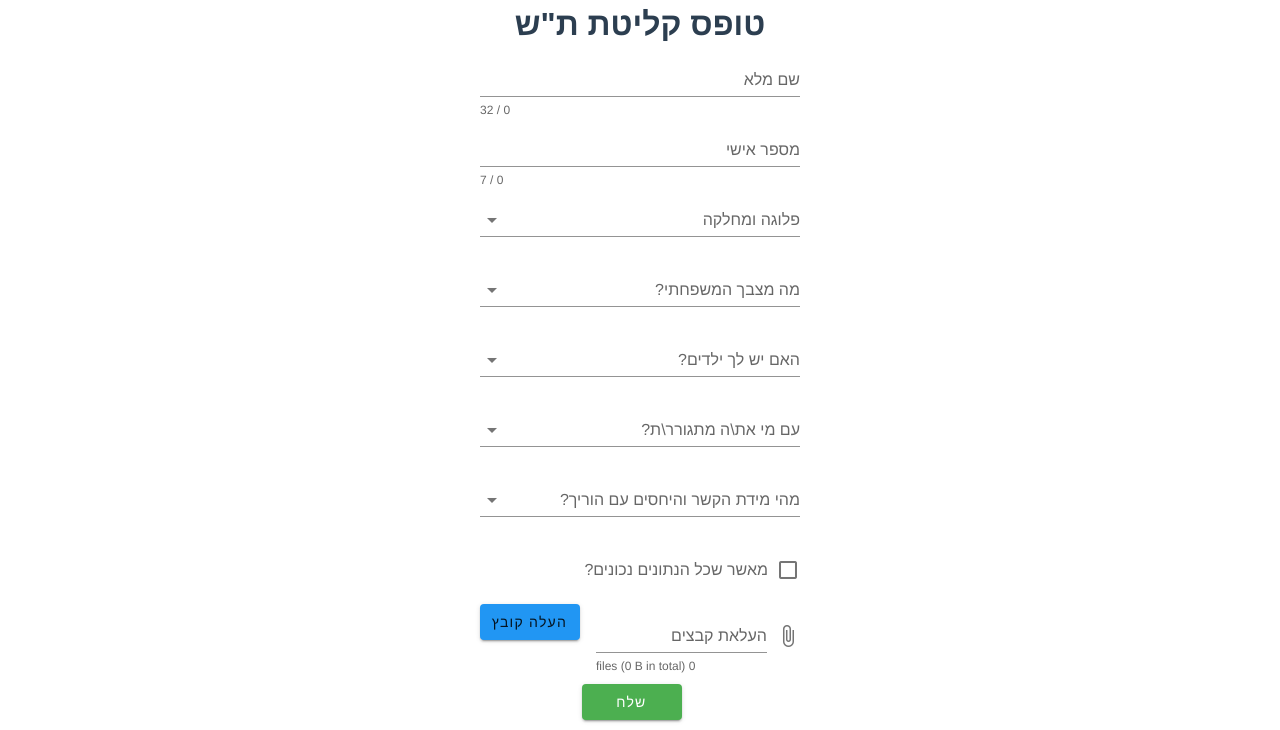
Repository: Natanhel/klitat-tash
Page: /
The author's editor kept a copy of each file at every save. The page is drawn from the files as they stood at one save, then again after the next save.
The browser window is 1280 px wide. The pictures show the whole page.
The page's requests for data from a server got no answer. The project was rebuilt for these pictures with package versions that can differ from the ones it lists, and the page was loaded fresh each time. No one was signed in, and anything a server would have sent is missing. Also part of the build but not shown: vue.config.js.

Above is the page before, as saved 2020-12-02 13:08:31.

After the next save:
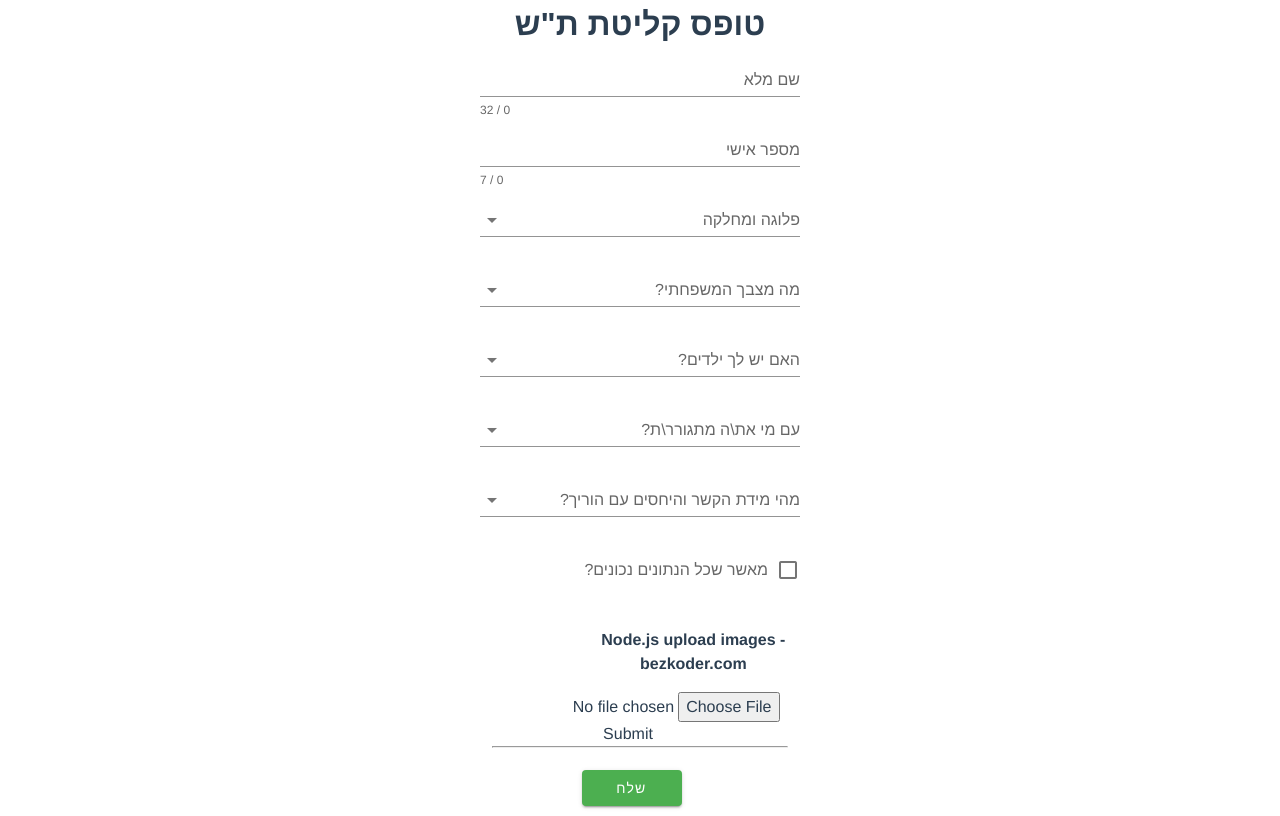
Saved 4 min 36 s later.
--- a/src/App.vue
+++ b/src/App.vue
@@ -74,7 +74,7 @@
 
       <div class="upload">
 
-        <v-file-input
+        <!-- <v-file-input
                 id="input-files" v-model="files" show-size counter  chips label="העלאת קבצים"></v-file-input>
 
         <v-btn
@@ -83,7 +83,37 @@
           @click="uploadFile"
         >
           העלה קובץ
-        </v-btn>
+        </v-btn> -->
+
+    <div class="container">
+      <div class="row">
+        <div class="col-sm-8 mt-3">
+          <h4>Node.js upload images - bezkoder.com</h4>
+
+          <form class="mt-4"
+            action="/upload"
+            method="POST"
+            enctype="multipart/form-data"
+          >
+            <div class="form-group">
+              <input
+                type="file"
+                name="file"
+                id="input-files"
+                class="form-control-file border"
+              />
+            </div>
+            <button type="submit" class="btn btn-primary">Submit</button>
+          </form>
+        </div>
+      </div>
+      <hr />
+      <div class="row">
+        <div class="col-sm-12">
+          <div class="preview-images"></div>
+        </div>
+      </div>
+    </div>
       </div>
       <div class="btn-group">
         <v-btn
